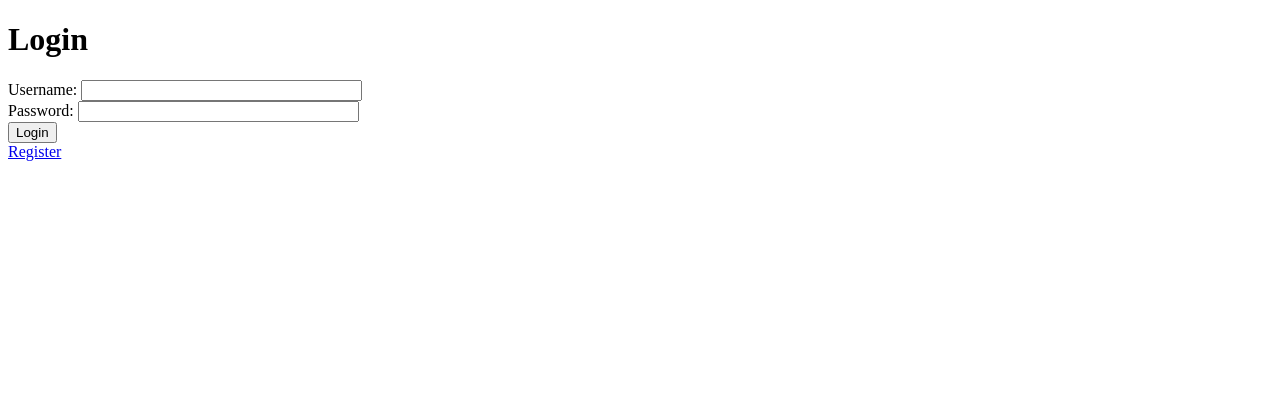
Repository: Stoldark/PLMUN
Page: http://localhost/login?next=%2F
These files come from the project's save history. The page is drawn as it stood at one moment and after the next save; the edit follows.
The browser window is 1280 px wide. The pictures show the whole page.
The page is served by the project's application, run on Flask 3 (tempCodeRunnerFile.py).

Above is the page before, as saved 2024-09-22 17:11:42.

### templates/login.html
<!DOCTYPE html>
<html lang="en">
<head>
    <meta charset="UTF-8">
    <meta name="viewport" content="width=device-width, initial-scale=1.0">
    <title>Login</title>
</head>
<body>
    <h1>Login</h1>
    <form method="post">
        {{ form.hidden_tag() }}
        <label for="username">Username:</label>
        {{ form.username(size=32) }}<br>

        <label for="password">Password:</label>
        {{ form.password(size=32) }}<br>

        <button type="submit">Login</button>
    </form>
    <a href="{{ url_for('register') }}">Register</a>
</body>
</html>

### tempCodeRunnerFile.py
from flask import Flask, render_template, request, redirect, session, url_for, flash, jsonify
from flask_wtf import FlaskForm
from wtforms import StringField, PasswordField, SubmitField
from wtforms.validators import DataRequired, Length
from flask_bcrypt import Bcrypt
from flask_login import LoginManager, UserMixin, login_user, logout_user, login_required, current_user
import sqlite3
import os

# Initialize Flask app
app = Flask(__name__)

# Set the secret key for session management
app.config['SECRET_KEY'] = 'your_secret_key'  # Change this to a secure key

# Initialize extensions
bcrypt = Bcrypt(app)
login_manager = LoginManager(app)
login_manager.login_view = 'login'

# Database connection function
def get_db_connection():
    conn = sqlite3.connect('inventory.db')
    conn.row_factory = sqlite3.Row
    return conn

# User model for Flask-Login
class User(UserMixin):
    def __init__(self, id, username, role):
        self.id = id
        self.username = username
        self.role = role

# User loader for Flask-Login
@login_manager.user_loader
def load_user(user_id):
    conn = get_db_connection()
    user = conn.execute('SELECT * FROM users WHERE id = ?', (user_id,)).fetchone()
    conn.close()
    if user:
        return User(user['id'], user['username'], user['role'])
    return None

# Registration form
class RegistrationForm(FlaskForm):
    username = StringField('Username', validators=[DataRequired(), Length(min=4, max=25)])
    password = PasswordField('Password', validators=[DataRequired(), Length(min=6, max=35)])
    role = StringField('Role', validators=[DataRequired()])
    submit = SubmitField('Register')

# Login form
class LoginForm(FlaskForm):
    username = StringField('Username', validators=[DataRequired()])
    password = PasswordField('Password', validators=[DataRequired()])
    submit = SubmitField('Login')

# Route to show inventory items
@app.route('/')
@login_required
def index():
    conn = get_db_connection()
    items = conn.execute('SELECT * FROM items').fetchall()
    conn.close()
    return render_template('index.html', items=items)

# Route to add an item
@app.route('/add', methods=('GET', 'POST'))
@login_required
def add_item():
    if request.method == 'POST':
        name = request.form['name']
        quantity = request.form['quantity']
        price = request.form['price']

        conn = get_db_connection()
        conn.execute('INSERT INTO items (name, quantity, price) VALUES (?, ?, ?)',
                     (name, quantity, price))
        conn.commit()
        conn.close()

        return redirect('/')
    return render_template('add.html')

# Route to edit an item
@app.route('/edit/<int:id>', methods=('GET', 'POST'))
@login_required
def edit_item(id):
    conn = get_db_connection()
    item = conn.execute('SELECT * FROM items WHERE id = ?', (id,)).fetchone()

    if request.method == 'POST':
        name = request.form['name']
        quantity = request.form['quantity']
        price = request.form['price']
        conn.execute('UPDATE items SET name = ?, quantity = ?, price = ? WHERE id = ?',
                     (name, quantity, price, id))
        conn.commit()
        conn.close()
        return redirect('/')

    conn.close()
    return render_template('edit.html', item=item)

# Route to delete an item
@app.route('/delete/<int:id>', methods=['POST'])
@login_required
def delete_item(id):
    conn = get_db_connection()
    conn.execute('DELETE FROM items WHERE id = ?', (id,))
    conn.commit()
    conn.close()
    return redirect('/')

# Registration route
@app.route('/register', methods=['GET', 'POST'])
def register():
    form = RegistrationForm()
    if form.validate_on_submit():
        username = form.username.data
        password = bcrypt.generate_password_hash(form.password.data).decode('utf-8')
        role = form.role.data

        conn = get_db_connection()
        conn.execute('INSERT INTO users (username, password, role) VALUES (?, ?, ?)',
                     (username, password, role))
        conn.commit()
        conn.close()

        flash('Registration successful! You can now log in.')
        return redirect(url_for('login'))
    return render_template('register.html', form=form)

# Login route
@app.route('/login', methods=['GET', 'POST'])
def login():
    form = LoginForm()
    if form.validate_on_submit():
        username = form.username.data
        password = form.password.data

        conn = get_db_connection()
        user = conn.execute('SELECT * FROM users WHERE username = ?', (username,)).fetchone()
        conn.close()

        if user and bcrypt.check_password_hash(user['password'], password):
            login_user(User(user['id'], user['username'], user['role']))
            return redirect('/')
        else:
            flash('Login Unsuccessful. Please check your username and password', 'danger')

    return render_template('login.html', form=form)

# Logout route
@app.route('/logout')
@login_required
def logout():
    logout_user()
    return redirect(url_for('index'))

# API Endpoint to get inventory items
@app.route('/api/items', methods=['GET'])
@login_required
def api_get_items():
    conn = get_db_connection()
    items = conn.execute('SELECT * FROM items').fetchall()
    conn.close()
    return jsonify([dict(item) for item in items])

# API Endpoint to add an item
@app.route('/api/items', methods=['POST'])
@login_required
def api_add_item():
    data = request.get_json()
    name = data.get('name')
    quantity = data.get('quantity')
    price = data.get('price')

    conn = get_db_connection()
    conn.execute('INSERT INTO items (name, quantity, price) VALUES (?, ?, ?)',
                 (name, quantity, price))
    conn.commit()
    conn.close()

    return jsonify({'message': 'Item added successfully'}), 201

# API Endpoint to update an item
@app.route('/api/items/<int:id>', methods=['PUT'])
@login_required
def api_update_item(id):
    data = request.get_json()
    name = data.get('name')
    quantity = data.get('quantity')
    price = data.get('price')

    conn = get_db_connection()
    conn.execute('UPDATE items SET name = ?, quantity = ?, price = ? WHERE id = ?',
                 (name, quantity, price, id))
    conn.commit()
    conn.close()

    return jsonify({'message': 'Item updated successfully'})

# API Endpoint to delete an item
@app.route('/api/items/<int:id>', methods=['DELETE'])
@login_required
def api_delete_item(id):
    conn = get_db_connection()
    conn.execute('DELETE FROM items WHERE id = ?', (id,))
    conn.commit()
    conn.close()

    return jsonify({'message': 'Item deleted successfully'})

# Run the app
if __name__ == "__main__":
    port = int(os.environ.get("PORT", 10000))  # Use PORT environment variable or default to 10000
    app.run(host="0.0.0.0", port=port, debug=True)

### templates/base.html
<!DOCTYPE html>
<html lang="en">
<head>
    <meta charset="UTF-8">
    <meta name="viewport" content="width=device-width, initial-scale=1.0">
    <title>{% block title %}My Inventory System{% endblock %}</title>
    <link rel="stylesheet" href="https://maxcdn.bootstrapcdn.com/bootstrap/4.5.2/css/bootstrap.min.css">
    <style>
        body {
            padding-top: 56px;
        }
        .container {
            margin-top: 20px;
        }
    </style>
</head>
<body>
    <nav class="navbar navbar-expand-lg navbar-light bg-light fixed-top">
        <a class="navbar-brand" href="{{ url_for('index') }}">Inventory System</a>
        <div class="collapse navbar-collapse">
            <ul class="navbar-nav mr-auto">
                {% if current_user.is_authenticated %}
                    <li class="nav-item">
                        <a class="nav-link" href="{{ url_for('add_item') }}">Add Item</a>
                    </li>
                    <li class="nav-item">
                        <a class="nav-link" href="{{ url_for('logout') }}">Logout</a>
                    </li>
                {% else %}
                    <li class="nav-item">
                        <a class="nav-link" href="{{ url_for('login') }}">Login</a>
                    </li>
                    <li class="nav-item">
                        <a class="nav-link" href="{{ url_for('register') }}">Register</a>
                    </li>
                {% endif %}
            </ul>
        </div>
    </nav>

    <div class="container">
        {% with messages = get_flashed_messages(with_categories=true) %}
            {% if messages %}
                {% for category, message in messages %}
                    <div class="alert alert-{{ category }}">{{ message }}</div>
                {% endfor %}
            {% endif %}
        {% endwith %}

        {% block content %}{% endblock %}
    </div>

    <script src="https://code.jquery.com/jquery-3.5.1.slim.min.js"></script>
    <script src="https://cdn.jsdelivr.net/npm/@popperjs/core@2.11.6/dist/umd/popper.min.js"></script>
    <script src="https://maxcdn.bootstrapcdn.com/bootstrap/4.5.2/js/bootstrap.min.js"></script>
</body>
</html>

After the next save:
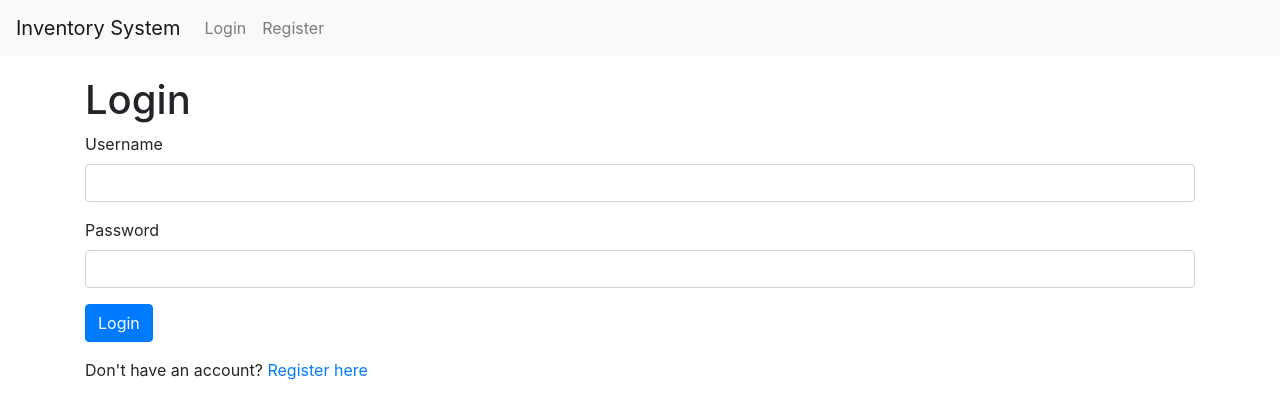
Saved 2 s later.
--- a/templates/login.html
+++ b/templates/login.html
@@ -1,22 +1,28 @@
-<!DOCTYPE html>
-<html lang="en">
-<head>
-    <meta charset="UTF-8">
-    <meta name="viewport" content="width=device-width, initial-scale=1.0">
-    <title>Login</title>
-</head>
-<body>
+{% extends "base.html" %}
+
+{% block title %}Login{% endblock %}
+
+{% block content %}
     <h1>Login</h1>
-    <form method="post">
+    <form method="POST">
         {{ form.hidden_tag() }}
-        <label for="username">Username:</label>
-        {{ form.username(size=32) }}<br>
-
-        <label for="password">Password:</label>
-        {{ form.password(size=32) }}<br>
-
-        <button type="submit">Login</button>
+        <div class="form-group">
+            {{ form.username.label(class="form-label") }}
+            {{ form.username(class="form-control") }}
+            {% for error in form.username.errors %}
+                <div class="text-danger">{{ error }}</div>
+            {% endfor %}
+        </div>
+        <div class="form-group">
+            {{ form.password.label(class="form-label") }}
+            {{ form.password(class="form-control") }}
+            {% for error in form.password.errors %}
+                <div class="text-danger">{{ error }}</div>
+            {% endfor %}
+        </div>
+        <div class="form-group">
+            {{ form.submit(class="btn btn-primary") }}
+        </div>
     </form>
-    <a href="{{ url_for('register') }}">Register</a>
-</body>
-</html>
+    <p>Don't have an account? <a href="{{ url_for('register') }}">Register here</a></p>
+{% endblock %}
